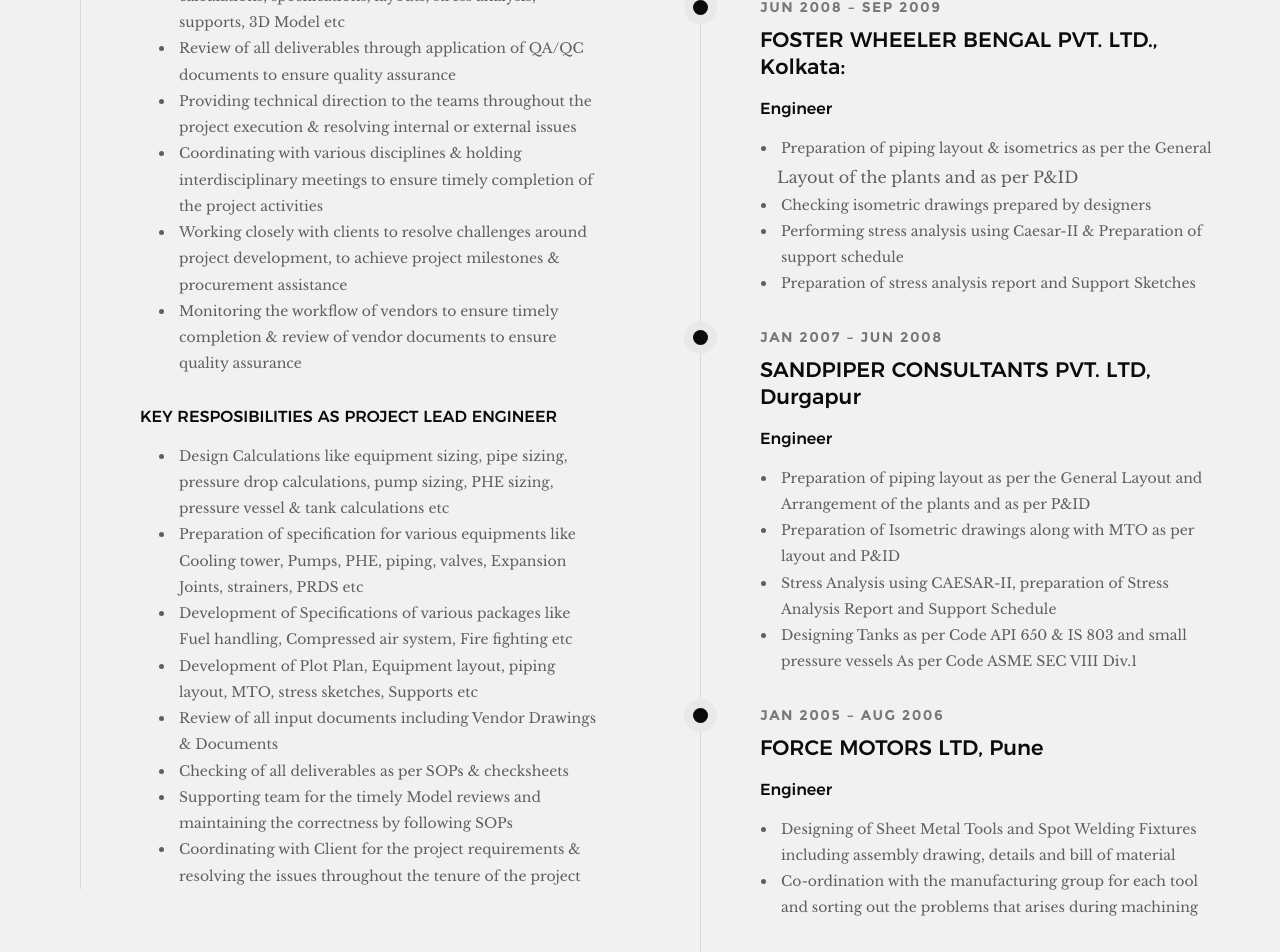
Repository: sumana1001/myprofile
Page: index.html
The author's editor kept a copy of each file at every save. The page is drawn from the files as they stood at one save, then again after the next save.
The browser window is 1280 px wide. The pictures show the part of the page from y = 3113 to 4065 px (the page is 5664 px tall before and 5623 px after).

Above is the page before, as saved 2020-05-07 10:07:42.

After the next save:
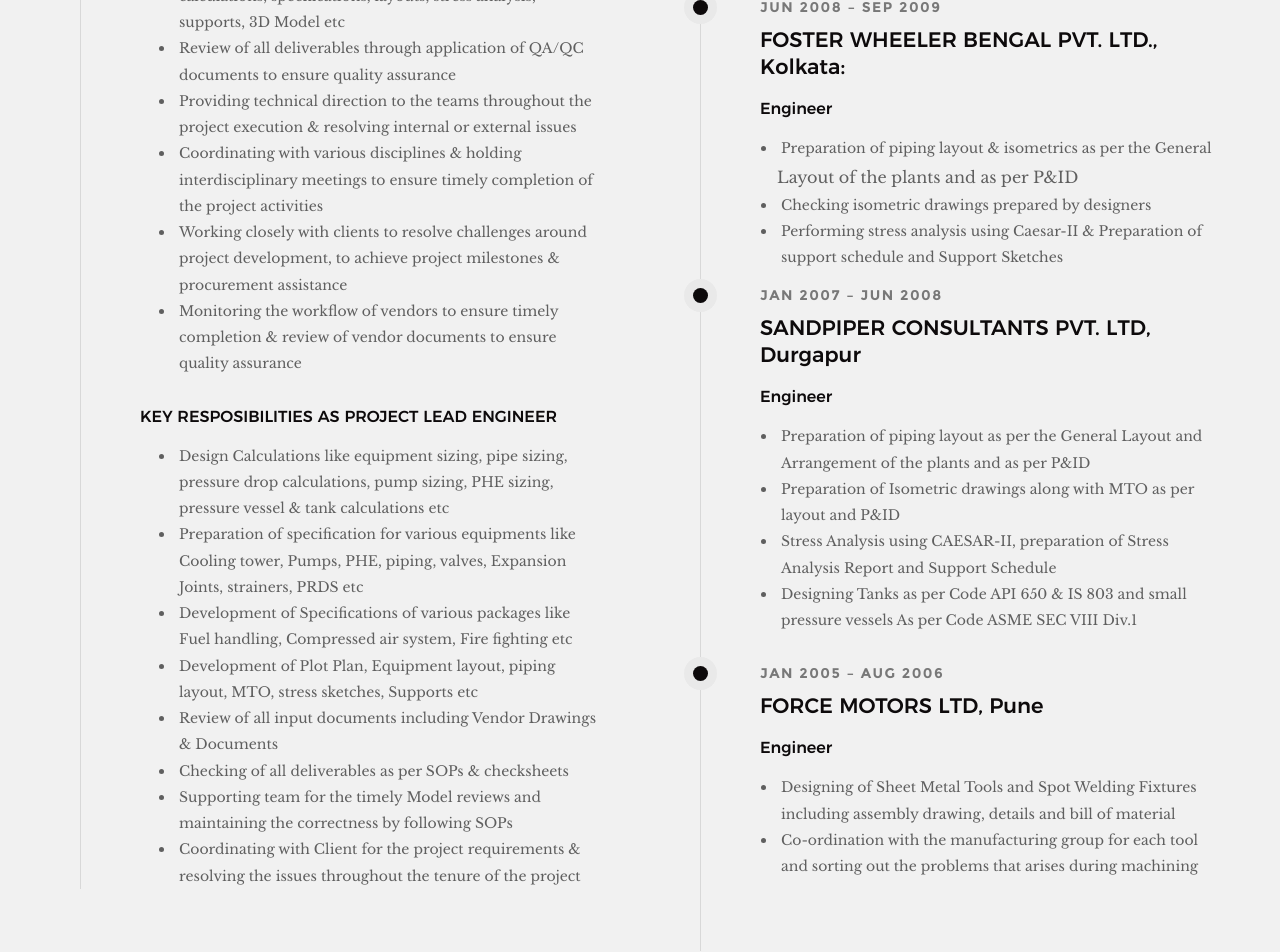
Saved 100 s later.
--- a/index.html
+++ b/index.html
@@ -325,8 +325,8 @@
                                 <li>Preparation of piping layout & isometrics as per the General</li> Layout of the
                                 plants and as per P&ID</li>
                                 <li>Checking isometric drawings prepared by designers</li>
-                                <li>Performing stress analysis using Caesar-II & Preparation of support schedule</li>
-                                <li>Preparation of stress analysis report and Support Sketches</li>
+                                <li>Performing stress analysis using Caesar-II & Preparation of support schedule and
+                                    Support Sketches</li>
                             </ul>
                         </div>
                     </div> <!-- end timeline__block -->
